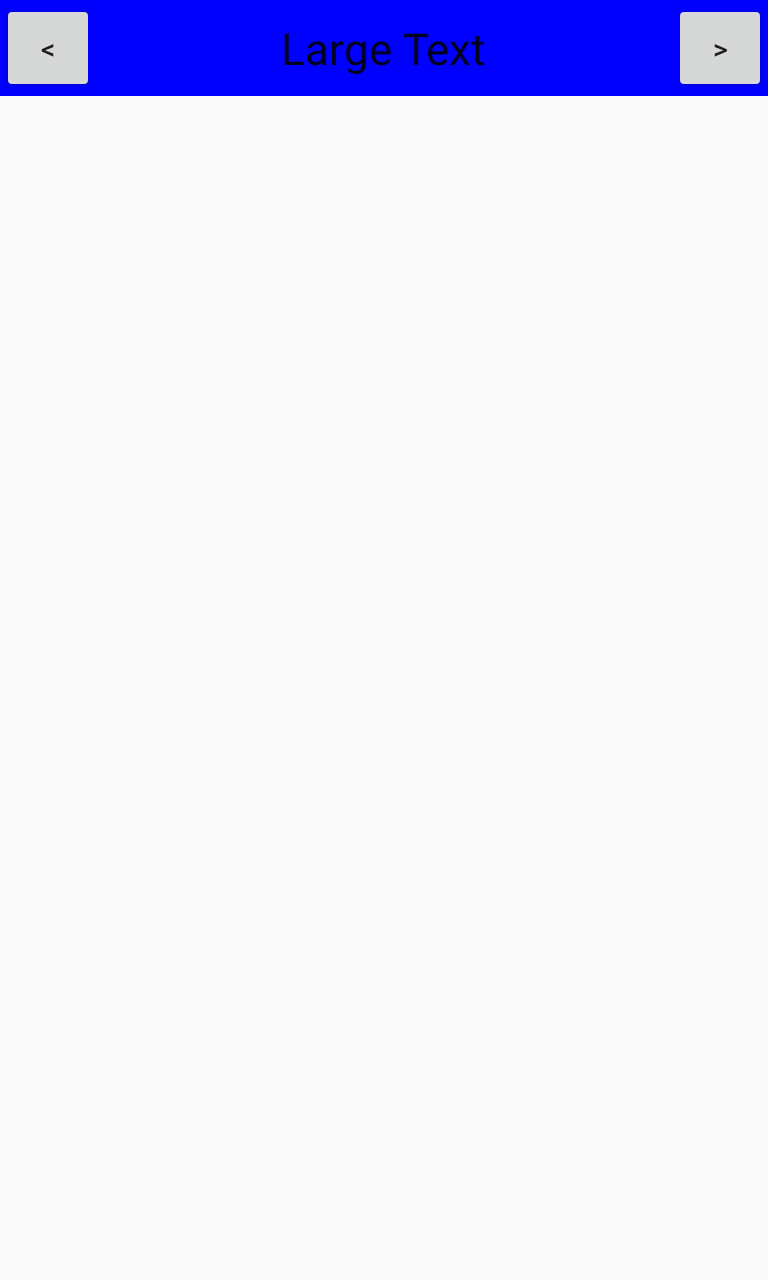
Repository: AtiehPardaz/CRM-Mobile
Layout: tab/res/layout/activity_main.xml
These files come from the project's save history. The layout is drawn as it stood at one moment and after the next save; the edit follows.
It is drawn on a 768 x 1280 px phone screen (xhdpi) without system bars, with theme AppTheme; the app's code is not run.

Above is the layout before, as saved 2015-02-17 14:16:08.

### tab/res/layout/activity_main.xml
<LinearLayout xmlns:android="http://schemas.android.com/apk/res/android"
    xmlns:tools="http://schemas.android.com/tools"
    android:id="@+id/LinearLayout1"
    android:layout_width="match_parent"
    android:layout_height="match_parent"
    android:orientation="vertical"
    tools:context="com.example.tab.MainActivity" >
<LinearLayout
         android:layout_width="match_parent"
         android:layout_height="wrap_content"
         android:background="#0000ff"
         android:gravity="center|left"
         android:orientation="horizontal" >

         <Button
             android:id="@+id/button1"
             style="?android:attr/buttonStyleSmall"
             android:layout_width="wrap_content"
             android:layout_height="wrap_content"
             android:layout_gravity="left|center"
             android:text="&lt;" />

         <View
             android:id="@+id/view1"
             android:layout_width="0dp"
             android:layout_height="0dp"
             android:layout_gravity="center"
             android:layout_weight="1" />

         <TextView
             android:id="@+id/textView1"
             android:layout_width="wrap_content"
             android:layout_height="wrap_content"
             android:layout_gravity="center"
             android:text="Large Text"
             android:textAppearance="?android:attr/textAppearanceLarge" />

         <View
             android:id="@+id/View01"
             android:layout_width="0dp"
             android:layout_height="0dp"
             android:layout_weight="1" />

         <Button
             android:id="@+id/button2"
             style="?android:attr/buttonStyleSmall"
             android:layout_width="wrap_content"
             android:layout_height="wrap_content"
             android:layout_gravity="right"
             android:text=">" />
     </LinearLayout>

<LinearLayout
    android:layout_width="match_parent"
    android:layout_height="wrap_content"
    android:orientation="vertical" >
</LinearLayout>

<LinearLayout
    android:layout_width="match_parent"
    android:layout_height="wrap_content"
    android:orientation="vertical" >
</LinearLayout>

</LinearLayout>

Loaded but not shown: tab/res/values/styles.xml (common file); tab/res/values-v11/styles.xml (common file); tab/res/values-v14/styles.xml (common file)

After the next save:
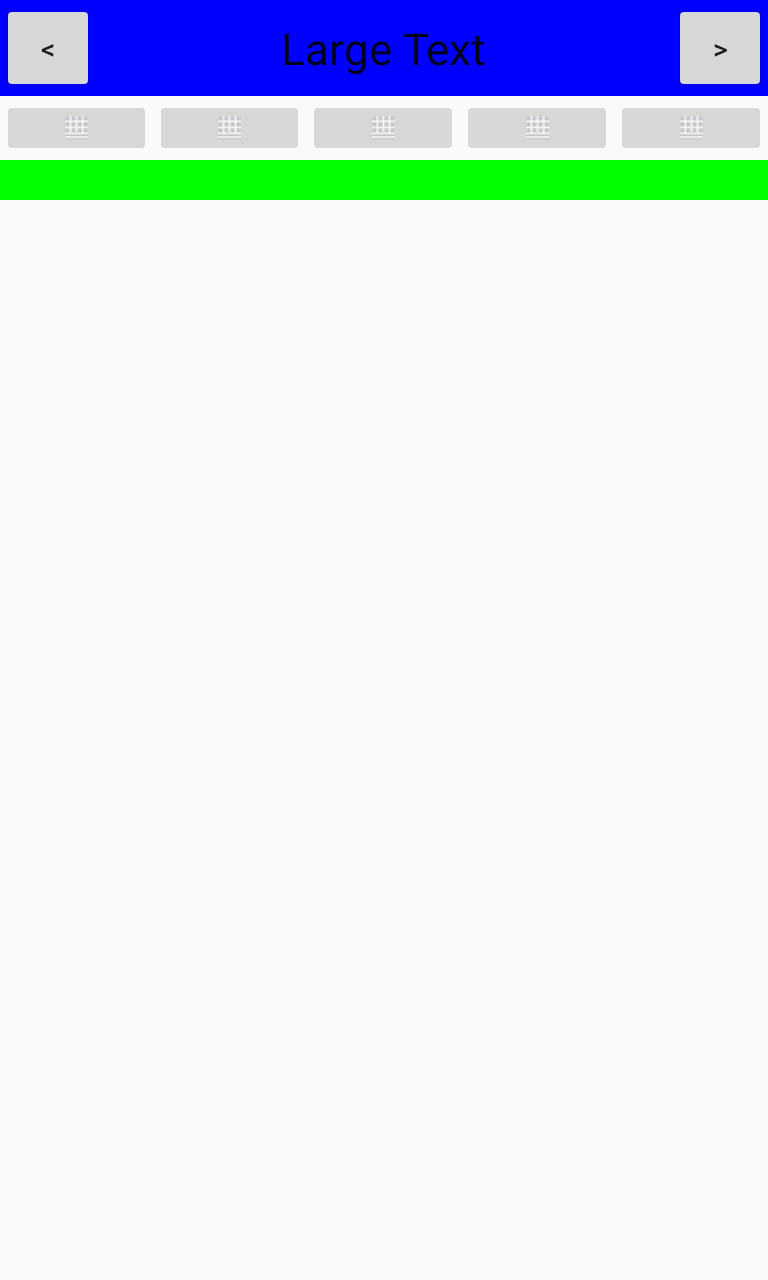
Saved 4 min 15 s later.
--- a/tab/res/layout/activity_main.xml
+++ b/tab/res/layout/activity_main.xml
@@ -5,61 +5,102 @@
     android:layout_height="match_parent"
     android:orientation="vertical"
     tools:context="com.example.tab.MainActivity" >
-<LinearLayout
-         android:layout_width="match_parent"
-         android:layout_height="wrap_content"
-         android:background="#0000ff"
-         android:gravity="center|left"
-         android:orientation="horizontal" >
 
-         <Button
-             android:id="@+id/button1"
-             style="?android:attr/buttonStyleSmall"
-             android:layout_width="wrap_content"
-             android:layout_height="wrap_content"
-             android:layout_gravity="left|center"
-             android:text="&lt;" />
+    <LinearLayout
+        android:layout_width="match_parent"
+        android:layout_height="wrap_content"
+        android:background="#0000ff"
+        android:gravity="center|left"
+        android:orientation="horizontal" >
 
-         <View
-             android:id="@+id/view1"
-             android:layout_width="0dp"
-             android:layout_height="0dp"
-             android:layout_gravity="center"
-             android:layout_weight="1" />
+        <Button
+            android:id="@+id/button1"
+            style="?android:attr/buttonStyleSmall"
+            android:layout_width="wrap_content"
+            android:layout_height="wrap_content"
+            android:layout_gravity="left|center"
+            android:text="&lt;" />
 
-         <TextView
-             android:id="@+id/textView1"
-             android:layout_width="wrap_content"
-             android:layout_height="wrap_content"
-             android:layout_gravity="center"
-             android:text="Large Text"
-             android:textAppearance="?android:attr/textAppearanceLarge" />
+        <View
+            android:id="@+id/view1"
+            android:layout_width="0dp"
+            android:layout_height="0dp"
+            android:layout_gravity="center"
+            android:layout_weight="1" />
 
-         <View
-             android:id="@+id/View01"
-             android:layout_width="0dp"
-             android:layout_height="0dp"
-             android:layout_weight="1" />
+        <TextView
+            android:id="@+id/textView1"
+            android:layout_width="wrap_content"
+            android:layout_height="wrap_content"
+            android:layout_gravity="center"
+            android:text="Large Text"
+            android:textAppearance="?android:attr/textAppearanceLarge" />
 
-         <Button
-             android:id="@+id/button2"
-             style="?android:attr/buttonStyleSmall"
-             android:layout_width="wrap_content"
-             android:layout_height="wrap_content"
-             android:layout_gravity="right"
-             android:text=">" />
-     </LinearLayout>
+        <View
+            android:id="@+id/View02"
+            android:layout_width="0dp"
+            android:layout_height="0dp"
+            android:layout_weight="1" />
 
-<LinearLayout
-    android:layout_width="match_parent"
-    android:layout_height="wrap_content"
-    android:orientation="vertical" >
-</LinearLayout>
+        <Button
+            android:id="@+id/button2"
+            style="?android:attr/buttonStyleSmall"
+            android:layout_width="wrap_content"
+            android:layout_height="wrap_content"
+            android:layout_gravity="right"
+            android:text=">" />
+    </LinearLayout>
 
-<LinearLayout
-    android:layout_width="match_parent"
-    android:layout_height="wrap_content"
-    android:orientation="vertical" >
-</LinearLayout>
+    <LinearLayout
+        android:layout_width="match_parent"
+        android:layout_height="wrap_content"
+        android:orientation="horizontal" >
+
+        <ImageButton
+            android:id="@+id/imageButton1"
+            android:layout_width="wrap_content"
+            android:layout_height="wrap_content"
+            android:layout_weight="2"
+            android:src="@drawable/othermonthview" />
+        <ImageButton
+            android:id="@+id/imageButton2"
+            android:layout_width="wrap_content"
+            android:layout_height="wrap_content"
+            android:layout_weight="2"
+            android:src="@drawable/othermonthview" />
+        <ImageButton
+            android:id="@+id/imageButton3"
+            android:layout_width="wrap_content"
+            android:layout_height="wrap_content"
+            android:layout_weight="2"
+            android:src="@drawable/othermonthview" />
+        <ImageButton
+            android:id="@+id/imageButton4"
+            android:layout_width="wrap_content"
+            android:layout_height="wrap_content"
+            android:layout_weight="2"
+            android:src="@drawable/othermonthview" />
+        <ImageButton
+            android:id="@+id/imageButton5"
+            android:layout_width="wrap_content"
+            android:layout_height="wrap_content"
+            android:layout_weight="2"
+            android:src="@drawable/othermonthview" />
+
+
+    </LinearLayout>
+
+    <LinearLayout
+        android:layout_width="match_parent"
+        android:layout_height="wrap_content"
+        android:background="#00ff00"
+        android:orientation="vertical" >
+
+        <View
+            android:id="@+id/View01"
+            android:layout_width="0dp"
+            android:layout_height="20dp"
+            android:layout_weight="2" />
+    </LinearLayout>
 
 </LinearLayout>
